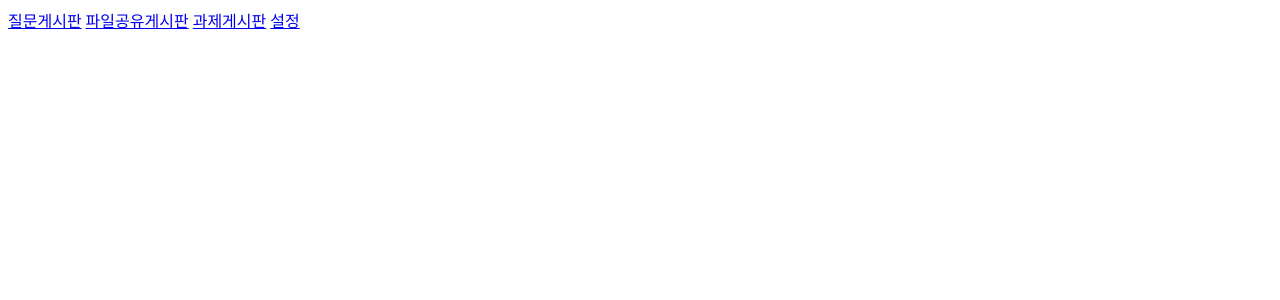
Repository: kalmia26/Capstone
Page: http://localhost/LectureSystem/Chatting.jsp
The author's editor kept a copy of each file at every save. The page is drawn from the files as they stood at one save, then again after the next save.
The browser window is 1280 px wide. The pictures show the whole page.
The page is served by Tomcat 9. Other server files are loaded and not shown.

Above is the page before, as saved 2017-04-12 05:08:22.

### LectureSystem/WebContent/Chatting.jsp
<%@ page language="java" contentType="text/html; charset=EUC-KR"
    pageEncoding="EUC-KR"%>
<!DOCTYPE html PUBLIC "-//W3C//DTD HTML 4.01 Transitional//EN" "http://www.w3.org/TR/html4/loose.dtd">
<html>
<head>
<meta http-equiv="Content-Type" content="text/html; charset=EUC-KR">
<title>Insert title here</title>
</head>
<body>
	<div id="">
			<a href="List1.jsp" id='a' target="left"><span>질문게시판</span></a>
			<a href="List2.jsp" id='b' target="left"><span>파일공유게시판</span></a>
			<a href="List3.jsp" id='c' target="left"><span>과제게시판</span></a>
			<a href="ListSet.jsp" id='d' target="left"><span>설정</span></a>

	</div>
</body>
</html>

After the next save:
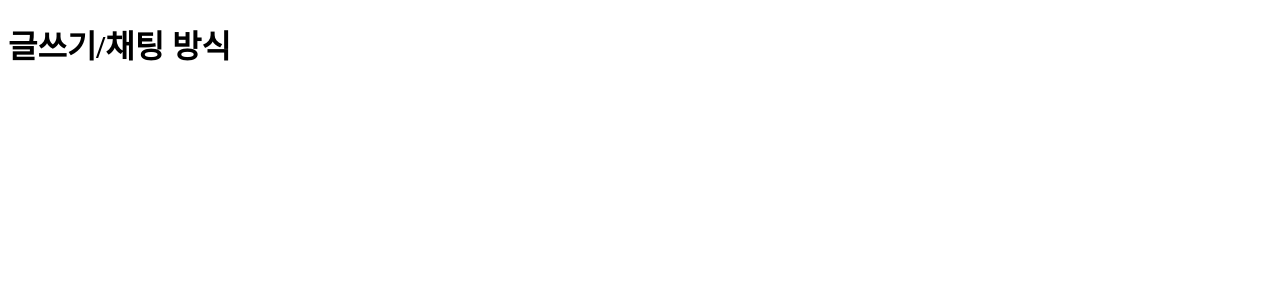
Saved 44 s later.
--- a/LectureSystem/WebContent/Chatting.jsp
+++ b/LectureSystem/WebContent/Chatting.jsp
@@ -7,12 +7,6 @@
 <title>Insert title here</title>
 </head>
 <body>
-	<div id="">
-			<a href="List1.jsp" id='a' target="left"><span>질문게시판</span></a>
-			<a href="List2.jsp" id='b' target="left"><span>파일공유게시판</span></a>
-			<a href="List3.jsp" id='c' target="left"><span>과제게시판</span></a>
-			<a href="ListSet.jsp" id='d' target="left"><span>설정</span></a>
-
-	</div>
+	<h1> 글쓰기/채팅 방식 </h1>
 </body>
 </html>
